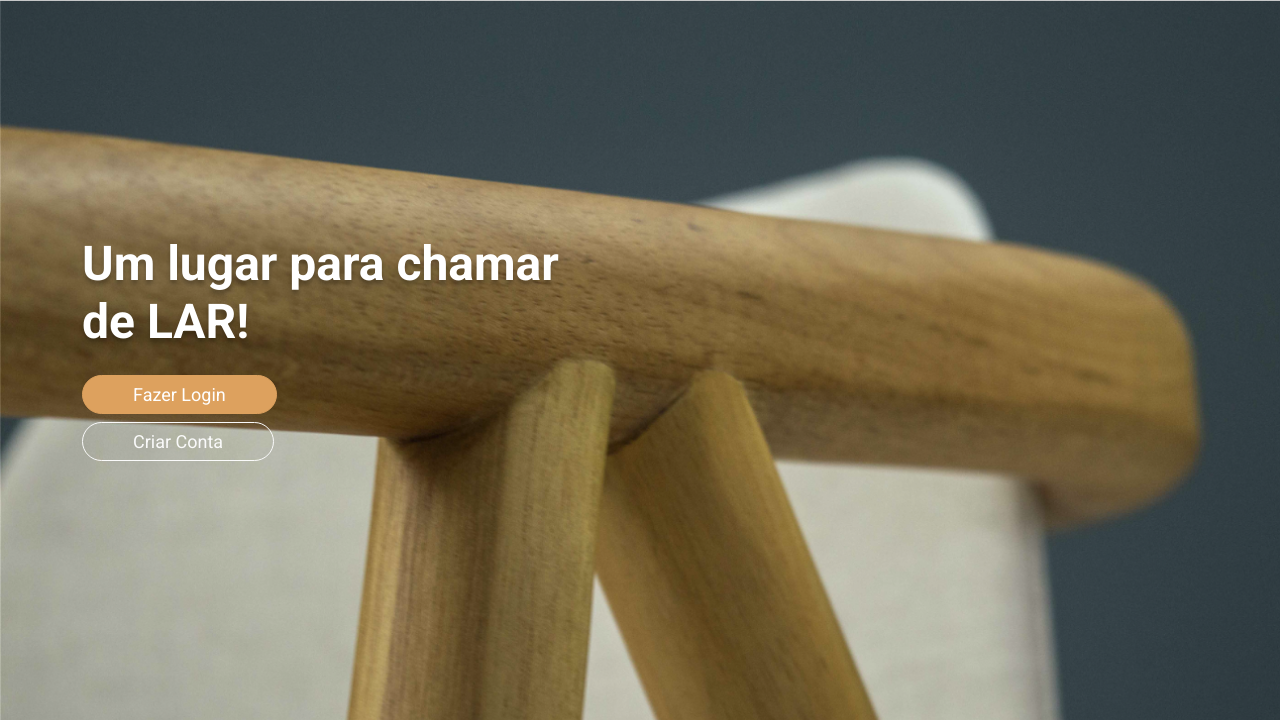
Repository: telesbp/Projeto-4-e-Projeto-5
Page: / (app in front-end/)
These files come from the project's save history. The page is drawn as it stood at one moment and after the next save; the edit follows.
The browser window is 1280 px wide. The pictures show the whole page.
The project was rebuilt for these pictures with package versions that can differ from the ones it lists, and the page was loaded fresh each time.

Above is the page before, as saved 2022-07-17 16:48:46.

After the next save:
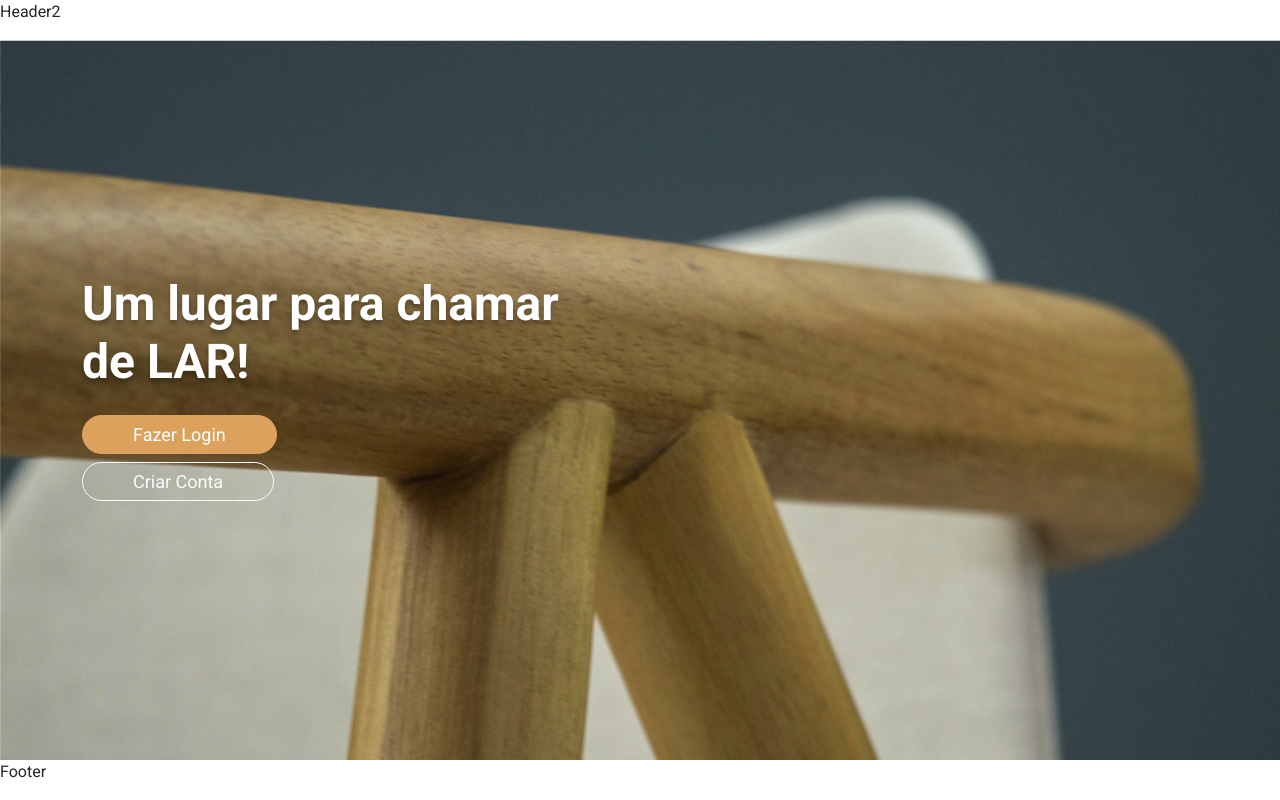
Saved 103 s later.
--- a/front-end/src/views/Home/index.tsx
+++ b/front-end/src/views/Home/index.tsx
@@ -2,16 +2,19 @@ import { Container } from "react-bootstrap";
 import styled from "styled-components";
 import bgSite from "../../assets/img/cadeira1.png"
 import { CustomButton } from "../../components/CustomButton";
+import { Layout } from "../../components/Layout";
 
 export function HomeView(){
     return(
-        <Banner className="vh-100">
-            <Container className="h-100 d-flex flex-column justify-content-center align-items-center align-items-lg-start">
-                <Title className="text-center text-white text-lg-start mt-auto mt-lg-0 ">Um lugar para chamar de LAR!</Title>
-                <CustomButton size="lg" to="login" variant="primary" className="mt-auto mt-lg-3 mb-2">Fazer Login</CustomButton>
-                <CustomButton size="lg" to="cadastro" variant="outline-primary" className="mb-4">Criar Conta</CustomButton>
-            </Container>
-        </Banner>
+        <Layout>
+            <Banner className="vh-100">
+                <Container className="h-100 d-flex flex-column justify-content-center align-items-center align-items-lg-start">
+                    <Title className="text-center text-white text-lg-start mt-auto mt-lg-0 ">Um lugar para chamar de LAR!</Title>
+                    <CustomButton size="lg" to="login" variant="primary" className="mt-auto mt-lg-3 mb-2">Fazer Login</CustomButton>
+                    <CustomButton size="lg" to="cadastro" variant="outline-primary" className="mb-4">Criar Conta</CustomButton>
+                </Container>
+            </Banner>
+        </Layout>
     )
 }
 
